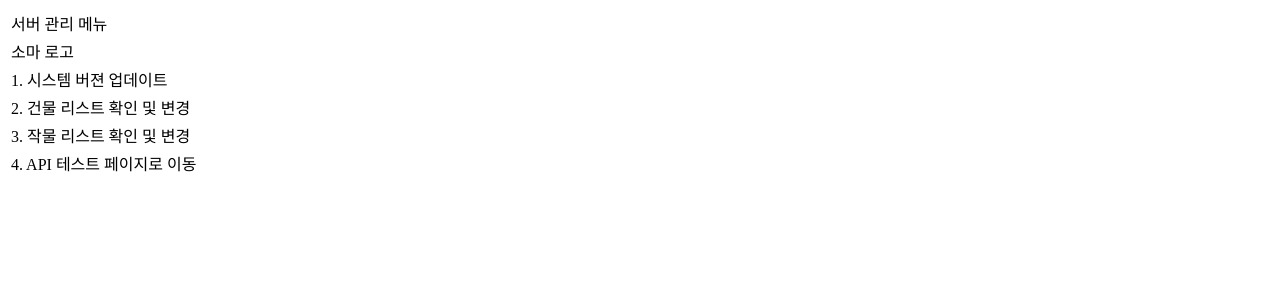
Repository: swmaestro/MobileSNG
Page: Programming/server/SNGTestModule/war/ServerControlPage/ServerMenuList.html
An editor plug-in stored every save of this project. The page is shown before and after the next save, followed by the edit.
The browser window is 1280 px wide. The pictures show the whole page.

Above is the page before, as saved 2012-09-03 19:57:45.

After the next save:
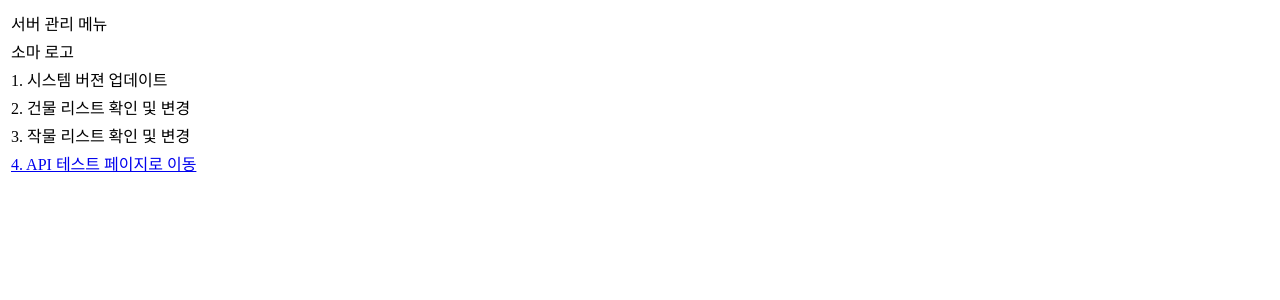
Saved 101 s later.
--- a/Programming/server/SNGTestModule/war/ServerControlPage/ServerMenuList.html
+++ b/Programming/server/SNGTestModule/war/ServerControlPage/ServerMenuList.html
@@ -29,7 +29,7 @@
    			<td>3. 작물 리스트 확인 및 변경</td>
    		</tr>
    		<tr>
-   			<td><a="../index.html">4. API 테스트 페이지로 이동</a> </td>
+   			<td><a href = "/ServerControlPage/APITest.html" target ="view">4. API 테스트 페이지로 이동</a> </td>
    		</tr>
    </table>
 
